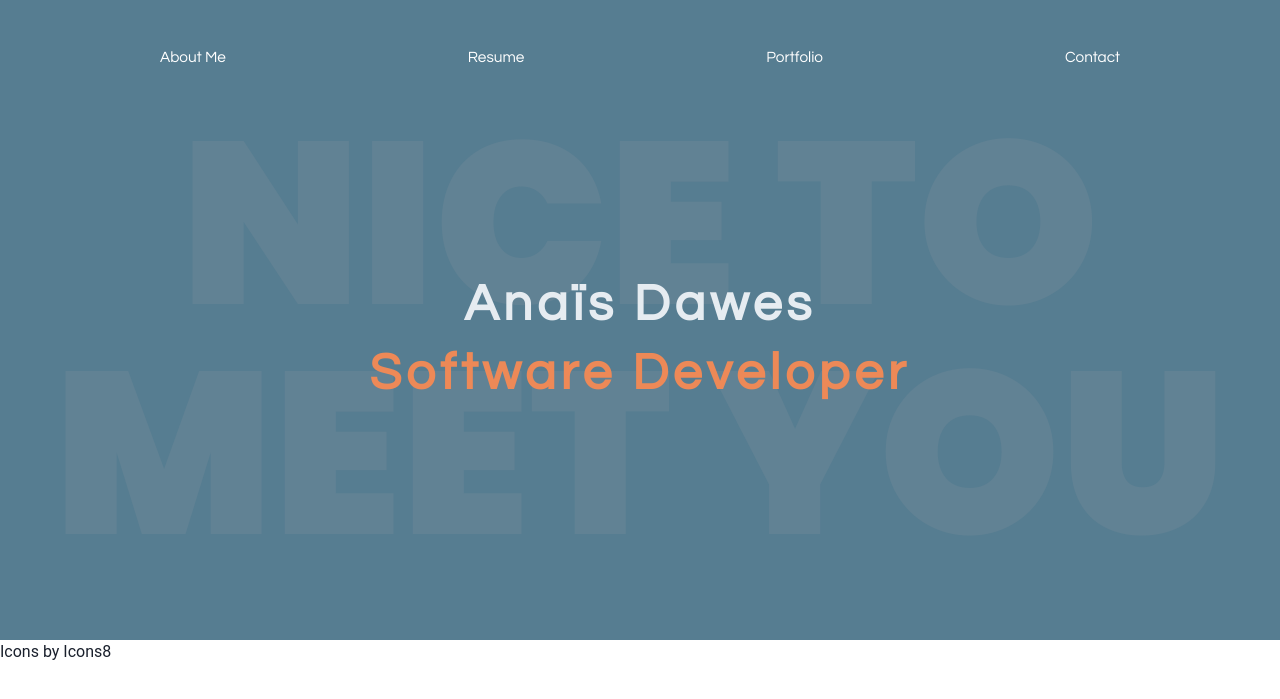
Repository: aedawes/AnaisDawesWebsite
Page: / (app in my-app/)
An editor plug-in stored every save of this project. The page is shown before and after the next save, followed by the edit.
The browser window is 1280 px wide. The pictures show the whole page.
Some web fonts or font styles are not loaded; a fallback is used. The project was rebuilt for these pictures with package versions that can differ from the ones it lists, and the page was loaded fresh each time. Also part of the build but not shown: my-app/src/App.css, my-app/src/Components/MobileMenu.js.

Above is the page before, as saved 2023-09-02 23:08:02.

After the next save:
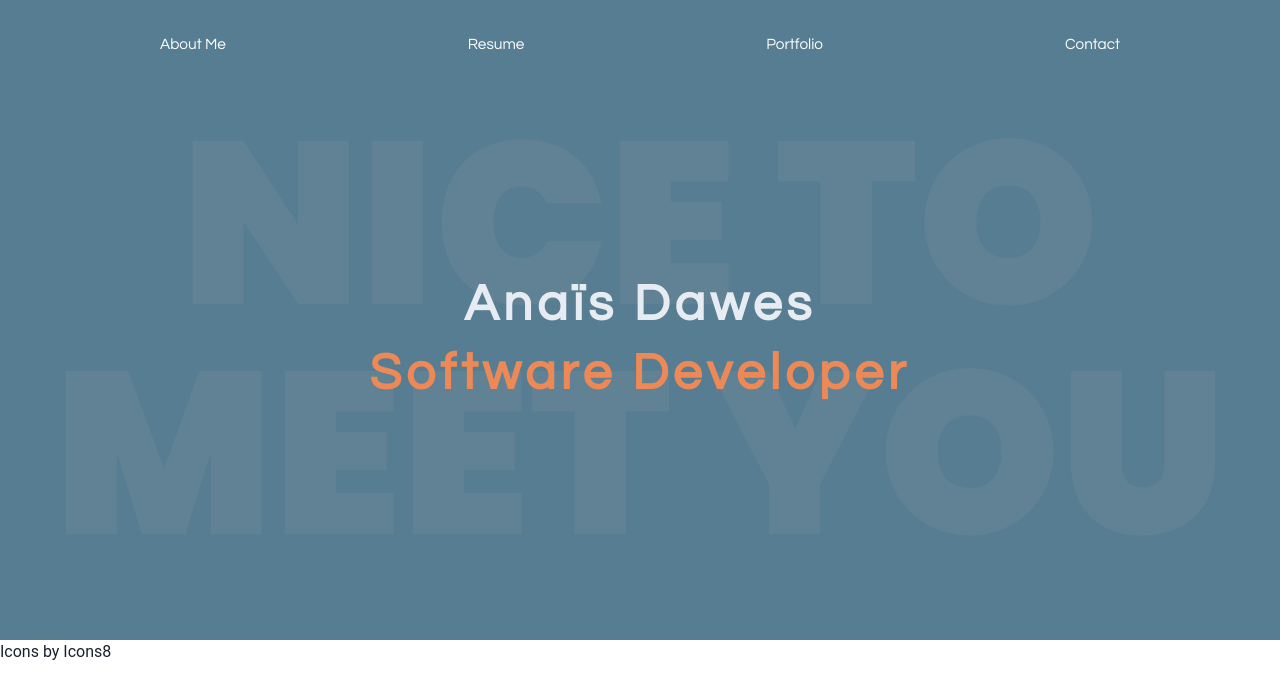
Saved 2 min 19 s later.
--- a/my-app/src/Components/Navbar.js
+++ b/my-app/src/Components/Navbar.js
@@ -6,7 +6,7 @@
     <Box>
         <Box display={{ base: 'none', lg: 'block' }}>
             <Center>
-                <HStack pos='absolute' top='7%' justifyContent='space-between' width='75%' fontFamily='Questrial'>
+                <HStack pos='absolute' top='5%' justifyContent='space-between' width='75%' fontFamily='Questrial'>
                     <Text class="menuItem">About Me</Text>
                     <Text class="menuItem">Resume</Text>
                     <Text class="menuItem">Portfolio</Text>
@@ -14,6 +14,8 @@
                 </HStack>
             </Center>
         </Box>
+
+
         <Box
             display={{ base: 'block', lg: 'none' }}
             backgroundColor='#618294'
@@ -34,17 +36,6 @@
                     alt="MenuIcon"
                     style={{ width: '35px', height: '35px' }}/>
             </button>
-            {/* <Button
-                leftIcon={<img
-                    src={`${process.env.PUBLIC_URL}/icons8-menu.png`}
-                    alt="Menu Icon"
-                    style={{ width: '35px', height: '35px' }}/>}
-                backgroundColor='#618294'
-                h='35px'
-                w='15px'
-                pos='absolute'
-                right='0'
-                top='2px'/> */}
         </Box>
     </Box>
     );
